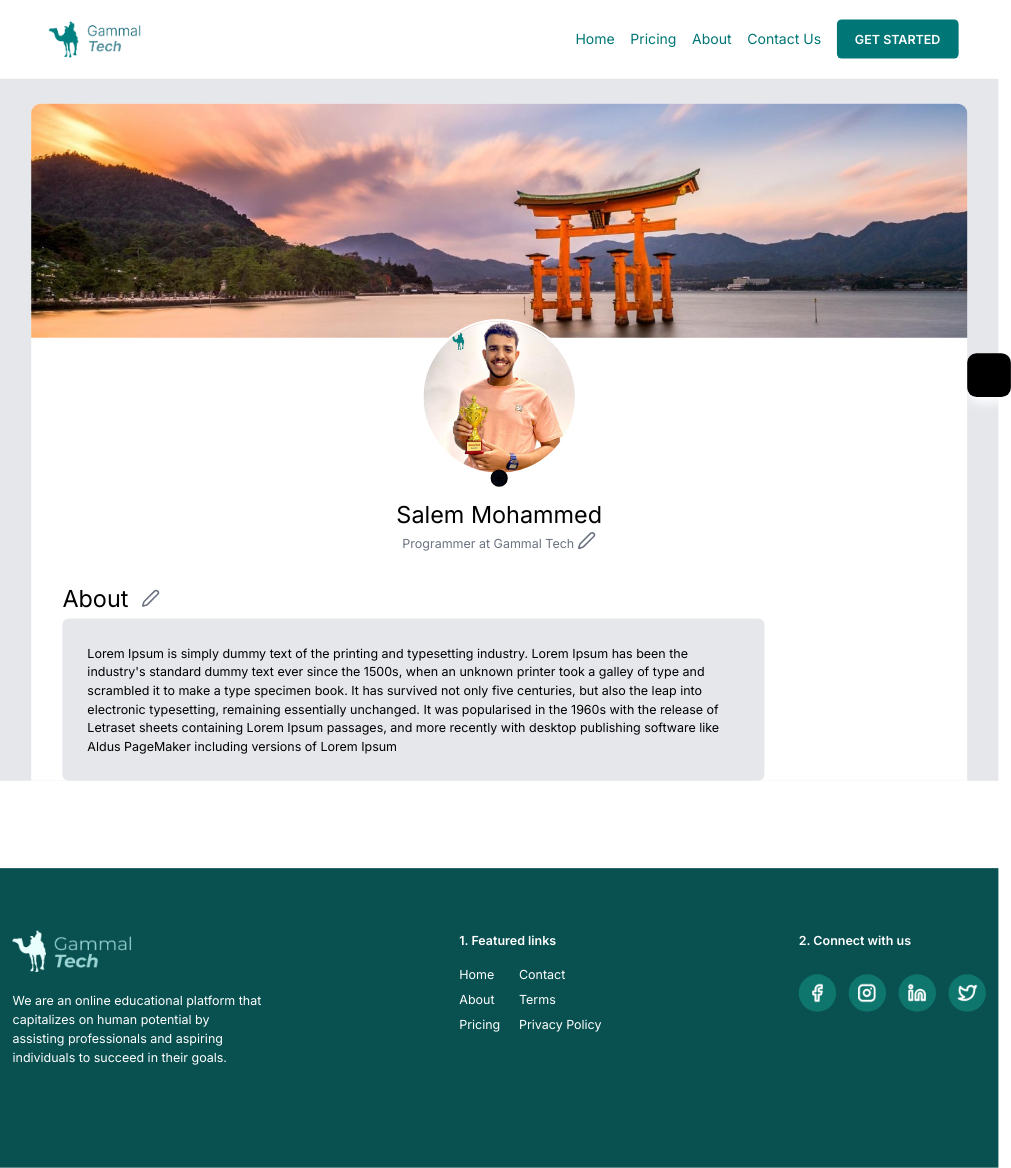
Repository: Ahmed77669/Internship-test
Page: /profile
The author's editor kept a copy of each file at every save. The page is drawn from the files as they stood at one save, then again after the next save.
The browser window is 1280 px wide. The page is 1296 px wide, then 1280 px, so the pictures cover 1296 px, including what lies to the right of the window. The pictures show the whole page, at 78% of full size.
The page's requests for data from a server got no answer. The project was rebuilt for these pictures with package versions that can differ from the ones it lists, and the page was loaded fresh each time. The framework's server and built-in components were replaced by stand-ins that run in the browser. No one was signed in, and anything a server would have sent is missing. Also part of the build but not shown: next.config.mjs, components/Header/NavBarAuth.tsx.

Above is the page before, as saved 2024-10-25 14:25:36.

### app/layout.tsx
import type { Metadata } from "next";
import localFont from "next/font/local";
import "@/app/styles/globals.css";
import NavBarHome from "@/components/Header/Navbar";
import NavBarAuth from "@/components/Header/NavBarAuth";
import { Inter } from "next/font/google";
import Footer from "@/components/Footer/Footer";
import { cookies } from "next/headers";

const inter = Inter({
  subsets: ["latin"],
});
const geistSans = localFont({
  src: "./fonts/GeistVF.woff",
  variable: "--font-geist-sans",
  weight: "100 900",
});
const geistMono = localFont({
  src: "./fonts/GeistMonoVF.woff",
  variable: "--font-geist-mono",
  weight: "100 900",
});

export const metadata: Metadata = {
  title: "Gammal Tech Exam",
  description: "Generated by create next app",
};

export default function RootLayout({
  children,
}: Readonly<{
  children: React.ReactNode;
}>) {
  const cookieStore = cookies();
  const isAuthenticated = cookieStore.get("isAuthenticated")?.value === "true";
  return (
    <html lang="en">
      <body
        className={`${geistSans.variable} ${geistMono.variable} antialiased ${inter.className}`}
      >
        {isAuthenticated ? <NavBarAuth /> : <NavBarHome />}
        {children}
        <Footer />
      </body>
    </html>
  );
}

### app/profile/page.tsx
import React from 'react'
import Profile from '@/components/Profile/Profile'
const profile = () => {
  return (
    <Profile />
  )
}

export default profile

### app/styles/globals.css
@tailwind base;
@tailwind components;
@tailwind utilities;

:root {
  --background: #ffffff;
  /* --foreground: #171717; */
}

@media (prefers-color-scheme: dark) {
  :root {
    /* --background: #0a0a0a; */
    --foreground: #ededed;
  }
}

body {
  color: var(--foreground);
  background: var(--background);
  font-family: Arial, Helvetica, sans-serif;
}

@layer utilities {
  .text-balance {
    text-wrap: balance;
  }
}

### components/Header/Navbar.tsx
"use client";
import React, { useEffect, useState } from "react";
import GT_logo from "@/public/gammalTech-logos/Component 6.png";
import Link from "next/link";
import Image from "next/image";
import { Menu } from "lucide-react";
import { X } from "lucide-react";

export default function NavBarHome() {
  const [isOpen, setIsOpen] = useState(false);

  const toggleMenu = () => {
    setIsOpen((prev) => !prev);
  };

  useEffect(() => {
    const handleResize = () => {
      if (window.innerWidth > 1024) {
        setIsOpen(false);
      }
    };

    window.addEventListener("resize", handleResize);
    return () => {
      window.removeEventListener("resize", handleResize);
    };
  }, []);

  return (
    <div className={`py-5 container mx-auto w-[92%]`}>
      <nav className="relative">
        <ul className="flex justify-between items-center">
          <li className="min-w-[152px]">
            <Link href="/">
              <Image
                src={GT_logo}
                alt="Gammal Tech Logo"
                width={130}
                className="cursor-pointer"
              />
            </Link>
          </li>
          <div className="hidden md:flex space-x-5">
            <Link
              href="/"
              className="text-[#007676] text-[18px] font-normal flex items-center"
            >
              Home
            </Link>
            <Link
              href="/pricing"
              className="text-[#007676] text-[18px] font-normal flex items-center"
            >
              Pricing
            </Link>
            <Link
              href="https://www.gammal.tech/"
              className="text-[#007676] text-[18px] font-normal flex items-center"
            >
              About
            </Link>
            <Link
              href="#"
              className="text-[#007676] text-[18px] font-normal flex items-center"
            >
              Contact Us
            </Link>
            <Link href="/signup">
              <button className="bg-[#007676] text-white rounded-md w-[156px] h-[50px] text-[16px] font-semibold  py-1 px-3 transition-all duration-300 ease-in-out hover:bg-[#005555] hover:shadow-lg">
                GET STARTED
              </button>
            </Link>
          </div>
          <div className="md:hidden flex items-center">
            <button
              onClick={toggleMenu}
              className="text-[#007676] focus:outline-none"
            >
              {isOpen ? (
                <X size={40} color="#007676" strokeWidth={2} />
              ) : (
                <Menu size={40} color="#007676" strokeWidth={2} />
              )}
            </button>
          </div>
        </ul>

        {isOpen && (
          <div className="absolute right-0 mt-2 w-full bg-white shadow-lg rounded-lg z-20 transition-transform transform origin-top-right scale-100">
            <div className="flex flex-col items-center justify-center mx-auto p-4">
              <Link
                href="/"
                className="text-[#007676] text-lg font-semibold hover:bg-[#f0f0f0] transition duration-200 p-3 rounded-lg text-center w-full"
                onClick={() => setIsOpen(false)}
              >
                Home
              </Link>
              <Link
                href="/pricing"
                className="text-[#007676] text-lg font-semibold hover:bg-[#f0f0f0] transition duration-200 p-3 rounded-lg text-center w-full"
                onClick={() => setIsOpen(false)}
              >
                Pricing
              </Link>
              <Link
                href="/about"
                className="text-[#007676] text-lg font-semibold hover:bg-[#f0f0f0] transition duration-200 p-3 rounded-lg text-center w-full"
                onClick={() => setIsOpen(false)}
              >
                About Us
              </Link>

              <button
                className="mt-4 bg-[#007676] text-white text-lg font-semibold py-2 px-6 rounded-lg hover:bg-[#005c5c] transition duration-200"
                onClick={() => setIsOpen(false)}
              >
                GET STARTED
              </button>
            </div>
          </div>
        )}
      </nav>
    </div>
  );
}

### components/Footer/Footer.tsx
import React from "react";
import Image from "next/image";
import footerLogo from "@/public/gammalTech-logos/footer-logo.png";
import Link from "next/link";
import linkdin from "@/public/socialmediaIcons/linkdin.png";
import facebook from "@/public/socialmediaIcons/Facebook.png";
import instagram from "@/public/socialmediaIcons/Instagram.png";
import twitter from "@/public/socialmediaIcons/Twitter.png";

const Footer = () => {
  return (
    <section className="bg-[#095051] py-20 min-h-96 h-auto">
      <div className="container mx-auto px-4 ">
        <div className="flex justify-between flex-wrap ">
          <div className="mb-10">
            <div className="mb-6">
              <Image src={footerLogo} alt="Gammal Tech Logo" width={152} />
            </div>
            <div className="text-white w-80">
              We are an online educational platform that capitalizes on human
              potential by assisting professionals and aspiring individuals to
              succeed in their goals.
            </div>
          </div>

          <div className="text-white flex flex-col mb-10">
  <p className="font-semibold mb-5">1. Featured links</p>
  <div className="flex justify-between">
    {/* First column of links */}
    <div className="flex flex-col space-y-2 mr-6">
      <Link href="/">Home</Link>
      <Link href="https://www.gammal.tech/">About</Link>
      <Link href="/pricing">Pricing</Link>
    </div>

    {/* Second column of links */}
    <div className="flex flex-col space-y-2">
      <Link href="#">Contact</Link>
      <Link href="#">Terms</Link>
      <Link href="#">Privacy Policy</Link>
    </div>
  </div>
</div>


          <div>
            <p className="text-white font-semibold mb-8">2. Connect with us</p>
            <div className="flex space-x-4">
              <Link
                href="https://www.facebook.com/gammal.tech/?locale=ar_AR"
                passHref
                target="_blank"
              >
                <div className="w-12 h-12 bg-teal-700 rounded-full flex items-center justify-center cursor-pointer">
                  <Image src={facebook} alt="Facebook Logo" />
                </div>
              </Link>
              <Link
                href="https://www.instagram.com/gammal.tech/?hl=ar"
                passHref
                target="_blank"
              >
                <div className="w-12 h-12 bg-teal-700 rounded-full flex items-center justify-center cursor-pointer">
                  <Image src={instagram} alt="Instagram Logo" />
                </div>
              </Link>
              <Link
                href="https://www.linkedin.com/company/gammal-tech/"
                passHref
                target="_blank"
              >
                <div className="w-12 h-12 bg-teal-700 rounded-full flex items-center justify-center cursor-pointer">
                  <Image src={linkdin} alt="LinkedIn Logo" />
                </div>
              </Link>
              <Link
                href="https://x.com/gammaltech?lang=ar"
                passHref
                target="_blank"
              >
                <div className="w-12 h-12 bg-teal-700 rounded-full flex items-center justify-center cursor-pointer">
                  <Image src={twitter} alt="Twitter Logo" />
                </div>
              </Link>
            </div>
          </div>
        </div>
      </div>
    </section>
  );
};

export default Footer;

### components/Profile/Profile.tsx
import React from "react";
import Image from "next/image";
import selectedImage from "@/public/coders photos/coder2.jpg";
import popoo from "@/public/popoo.jpg"
import { Pen , PlusCircle} from "lucide-react";

const Profile = () => {
  return (
    <section className="bg-gray-200 mb-28 ">
      <div className="flex justify-center container mx-auto">
        <div className="w-[1200px]  bg-white rounded-t-xl mt-8">
        <div className="w-full h-[300px] mb-5 rounded-t-xl" style={{
  backgroundImage: "url('/popoo.jpg')",
  backgroundSize: "cover",
  backgroundPosition: "center",
  backgroundRepeat: "no-repeat",
}}></div>
<div className="bg-black w-14 h-14 shadow-white shadow-lg items-center flex justify-center rounded-xl relative inset-x-full">
  <Pen />
</div>

<div className="flex flex-col items-center -mt-[100px] mb-10">
  <Image
    src={selectedImage}
    alt="Profile Avatar"
    width={200}
    height={200}
    style={{
      width: "200px",
      height: "200px",
      borderRadius: "300px",
      objectFit: "cover",
      border: "3px white solid"
    }}
  />
<PlusCircle className="relative -inset-y-2 fill-gray-950"/>
  <p className="text-black text-3xl mt-2">Salem Mohammed</p>
  <div className="flex">
  <p className="text-gray-500 text-[16px] mt-2 mr-1">Programmer at Gammal Tech</p>
    <Pen className="text-lg mt-1 text-gray-500" />
  </div>
</div>
<div className="flex">
<div className="text-black text-3xl ml-10 mr-4 mb-2">
  About
</div>
<Pen className="text-lg mt-[6px]  text-gray-500 " />
</div>
<div className="bg-gray-200 p-8 rounded-lg w-3/4 ml-10">
  <p className="text-black">
Lorem Ipsum is simply dummy text of the printing and typesetting industry. Lorem Ipsum has been the industry's standard dummy text ever since the 1500s, when an unknown printer took a galley of type and scrambled it to make a type specimen book. It has survived not only five centuries, but also the leap into electronic typesetting, remaining essentially unchanged. It was popularised in the 1960s with the release of Letraset sheets containing Lorem Ipsum passages, and more recently with desktop publishing software like Aldus PageMaker including versions of Lorem Ipsum
</p>
</div>

        </div>
      </div>
    </section>
  );
};

export default Profile;

### tailwind.config.js
/** @type {import('tailwindcss').Config} */
module.exports = {
  content: [
    './components/**/*.{js,ts,jsx,tsx}',
    './app/**/*.{js,ts,jsx,tsx}',
    './middleware.ts'
  ],
  theme: {
    extend: {},
  },
  plugins: [],
}

After the next save:
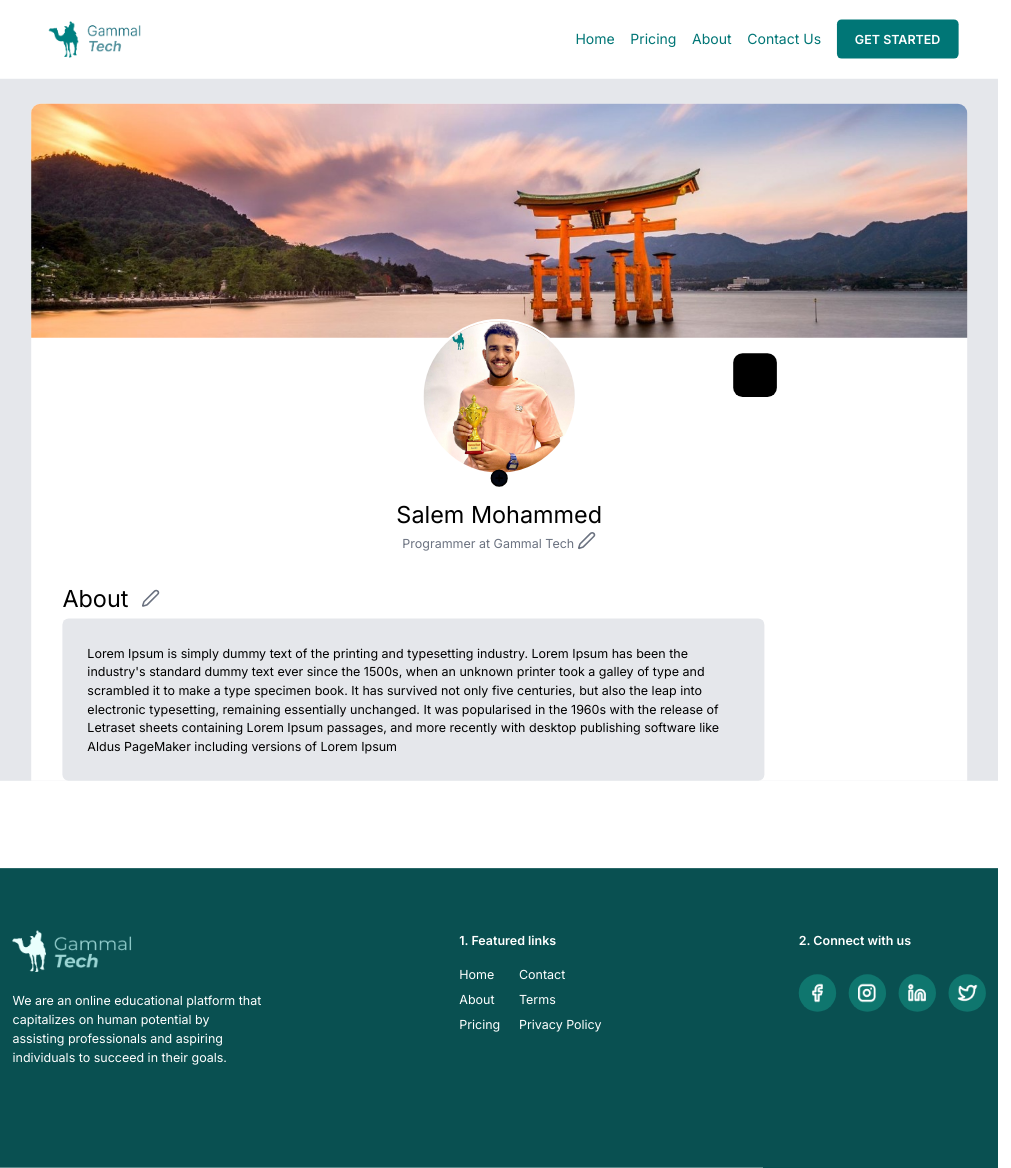
Saved 24 s later.
--- a/components/Profile/Profile.tsx
+++ b/components/Profile/Profile.tsx
@@ -15,7 +15,7 @@ const Profile = () => {
   backgroundPosition: "center",
   backgroundRepeat: "no-repeat",
 }}></div>
-<div className="bg-black w-14 h-14 shadow-white shadow-lg items-center flex justify-center rounded-xl relative inset-x-full">
+<div className="bg-black w-14 h-14 shadow-white shadow-lg items-center flex justify-center rounded-xl relative inset-x-3/4">
   <Pen />
 </div>
 
